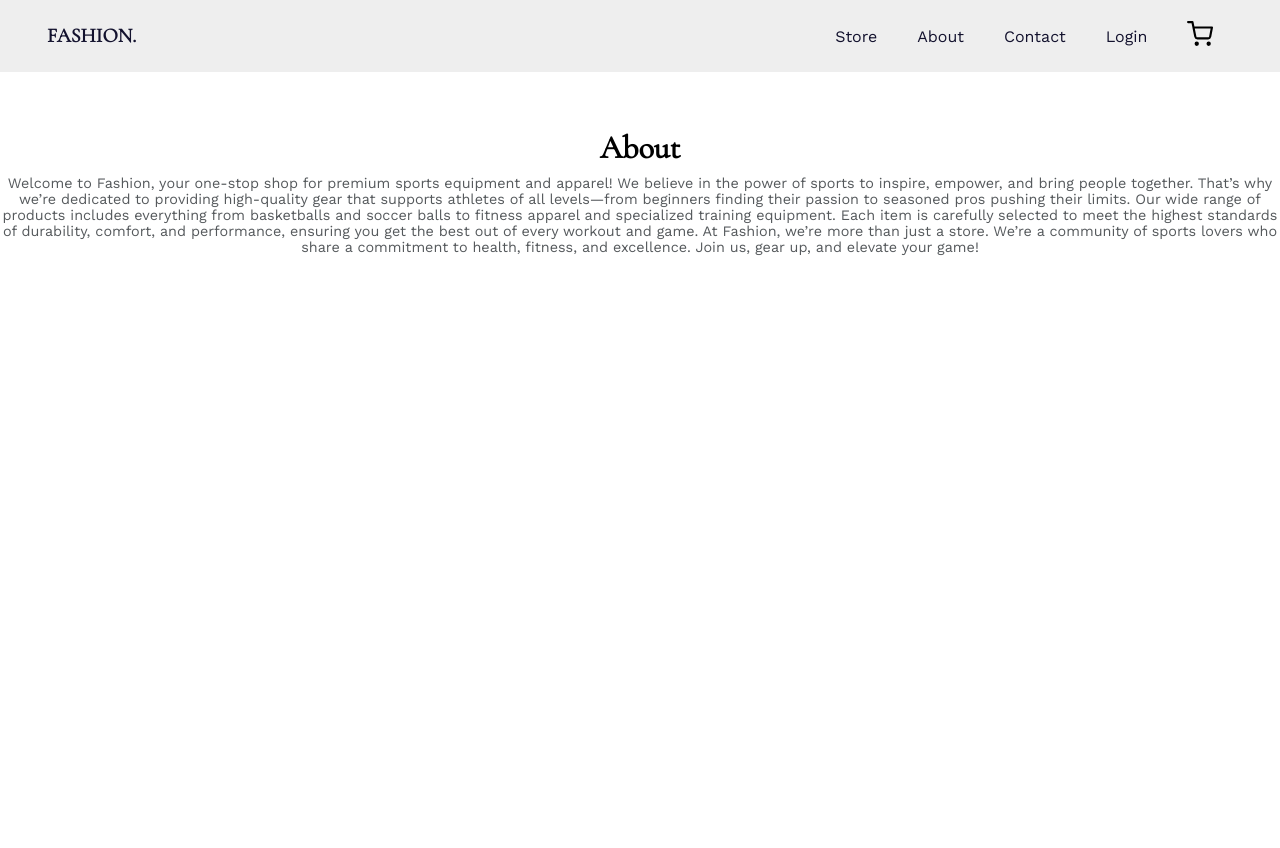
Repository: reminzuetto/SportEcom-FE
Page: /about
These files come from the project's save history. The page is drawn as it stood at one moment and after the next save; the edit follows.
The browser window is 1280 px wide. The pictures show the whole page.
The project was rebuilt for these pictures with package versions that can differ from the ones it lists, and the page was loaded fresh each time. Also part of the build but not shown: src/data.js, src/utils/utils.js, src/components/ProductCard.jsx, src/components/TypeBars.jsx, src/typeData.js, src/pages/Store.jsx, src/pages/Login.jsx, src/pages/CustomerInfo.jsx and 3 more.

Above is the page before, as saved 2024-11-15 20:03:52.

### index.html
<!DOCTYPE html>
<html lang="en">
  <head>
    <meta charset="UTF-8" />
    <link rel="icon" type="image/svg+xml" href="/src/assets/favicon.jpg" />
    <meta name="viewport" content="width=device-width, initial-scale=1.0" />
    <link rel="preconnect" href="https://fonts.googleapis.com" />
    <link rel="preconnect" href="https://fonts.gstatic.com" crossorigin />
    <link
      href="https://fonts.googleapis.com/css2?family=Cormorant+Garamond&family=Work+Sans&display=swap"
      rel="stylesheet"
    />
    <title>Sport Equipment</title>
  </head>
  <body>
    <div id="root"></div>
    <script type="module" src="/src/main.jsx"></script>
  </body>
</html>

### src/main.jsx
import React from "react";
import ReactDOM from "react-dom/client";
import App from "./routes/App";
import "./assets/styles/index.css";
import CartState from "./Context/Cart/CartState";

ReactDOM.createRoot(document.getElementById("root")).render(
  <React.StrictMode>
    <CartState>
      <App />
    </CartState>
  </React.StrictMode>
);

### src/routes/App.jsx
import Navbar from "../components/Navbar";
import Store from "../pages/Store";
import About from "../pages/About";
import Login from "../pages/Login";
import CustomerInfo from "../pages/CustomerInfo";

import { BrowserRouter, Routes, Route } from "react-router-dom";
import Cart from "../pages/Cart";

function App() {
  return (
    <>
      <BrowserRouter>
        <Navbar />
        <Routes>
          <Route path="/" element={<Store />} />
          <Route exact path="/about" element={<About />} />
          <Route exact path="/cart" element={<Cart />} />
          <Route exact path="/login" element={<Login />} />
          <Route exact path="/customer-info" element={<CustomerInfo />} />
        </Routes>
      </BrowserRouter>
    </>
  );
}

export default App;

### src/assets/styles/index.css
* {
  margin: 0;
  padding: 0;
  box-sizing: border-box;
}

body {
  min-height: 100vh;
  max-width: 100%;
  font-family: "Work Sans", sans-serif;
}

a {
  color: inherit;
  text-decoration: none;
}

p {
  color: #55595c;
  font-size: 0.9rem;
}

ul {
  list-style: none;
}

h1,
h2,
h3 {
  font-family: "Cormorant Garamond", serif;
  margin-bottom: 0.5rem;
}

/* Custom Classes */

.btn {
  font-size: 11px;
  line-height: 1.5;
  margin-right: 0.5rem;
  padding: 0.5rem 1rem;
  color: #1a1a1a;
  display: inline-block;
  text-align: center;
  user-select: none;
  background-color: transparent;
  border: 0 solid transparent;
  transition: color 0.15s ease-in-out, background-color 0.15s ease-in-out,
    border-color 0.15s ease-in-out, box-shadow 0.15s ease-in-out;
  text-transform: uppercase;
}

.btn:hover {
  text-decoration: underline;
}

### src/Context/Cart/CartState.jsx
import { useReducer } from "react";
import CartContext from "./CartContext";
import CartReducer from "./CartReducer";
import { sumItems } from "./CartReducer";

//Local Storage
const storage = localStorage.getItem("cartItems")
  ? JSON.parse(localStorage.getItem("cartItems"))
  : [];

const CartState = ({ children }) => {
  //Initial State of the cart
  // const initialState = {
  //   cartItems: [],
  //   checkout: false,
  // };

  //Change the code above to that below to get the initial state from local storage
  const initialState = {
    cartItems: storage,
    ...sumItems(storage),
    checkout: false,
  };

  //Set up the reducer
  const [state, dispatch] = useReducer(CartReducer, initialState);

  //Function to handle when an item is added from the store into the Cart
  const addToCart = (payload) => {
    dispatch({ type: "ADD_TO_CART", payload });
  };

  //Function to handle when an item that is in the cart is added again
  const increase = (payload) => {
    dispatch({ type: "INCREASE", payload });
  };

  //Function to handle when an item is removed from the cart
  const decrease = (payload) => {
    dispatch({ type: "DECREASE", payload });
  };

  //Function to remove an item from the cart
  const removeFromCart = (payload) => {
    dispatch({ type: "REMOVE_ITEM", payload });
  };

  //Function to clear the cart
  const clearCart = () => {
    dispatch({ type: "CLEAR" });
  };

  //Function to handle when the user clicks the checkout button
  const handleCheckout = () => {
    dispatch({ type: "CHECKOUT" });
  };

  return (
    //Add the above functions into the Context provider, and pass to the children
    <CartContext.Provider
      value={{
        showCart: state.showCart,
        cartItems: state.cartItems,
        addToCart,
        removeFromCart,
        increase,
        decrease,
        handleCheckout,
        clearCart,
        // To access the total, we need to pass in the state
        ...state,
      }}
    >
      {children}
    </CartContext.Provider>
  );
};

export default CartState;

### src/components/Navbar.jsx
// General
import { useState, useEffect } from "react";
import { Link, NavLink } from "react-router-dom";
import CartIcon from "../assets/icons/cart.svg";
import styled from "styled-components";
import CartContext from "../Context/Cart/CartContext";
import { useContext } from "react";

const Navbar = () => {
  const [toggle, setToggle] = useState(false);
  const [innerWidth, setInnerWidth] = useState(window.innerWidth);

  // Get Screen Size
  useEffect(() => {
    const changeWidth = () => {
      setInnerWidth(window.innerWidth);
    };

    window.addEventListener("resize", changeWidth);

    return () => {
      window.removeEventListener("resize", changeWidth);
    };
  }, []);

  // Extract itemscount from CartContext
  const { cartItems } = useContext(CartContext);

  return (
    <Nav>
      <NavContainer>
        <Left>
          <Link to={"/"}>FASHION.</Link>
        </Left>

        <Right>
          <NavRightContainer
            style={{
              transform:
                innerWidth <= 500
                  ? toggle && "translateY(100vh)"
                  : "translateY(0%)",
            }}
          >
            <NavList>
              <NavItem>
                <NavLink to="/" onClick={() => setToggle(!toggle)}>
                  Store
                </NavLink>
              </NavItem>
              <NavItem>
                <NavLink to="/about" onClick={() => setToggle(!toggle)}>
                  About
                </NavLink>
              </NavItem>
              <NavItem>
                <a href="https://github.com/" target="_blank">
                  Contact
                </a>
              </NavItem>
              <NavItem>
                <NavLink to="/Login" onClick={() => setToggle(!toggle)}>
                  Login
                </NavLink>
              </NavItem>
              <NavItem>
                <Link to="/cart" onClick={() => setToggle(!toggle)}>
                  <p>Cart</p>
                  <NavCartItem>
                    <img src={CartIcon} alt="Shopping cart" />
                    {/* If the number of cartItems is greater than 0, display the
                    number of items in the cart */}
                    {cartItems.length > 0 && (
                      <CartCircle>{cartItems.length}</CartCircle>
                    )}
                  </NavCartItem>
                </Link>
              </NavItem>
            </NavList>
          </NavRightContainer>

          <MenuBtn onClick={() => setToggle(!toggle)}>
            <span></span>
            <span></span>
            <span></span>
          </MenuBtn>
        </Right>
      </NavContainer>
    </Nav>
  );
};

//Styled Components
const Nav = styled.nav`
  width: 100%;
  position: fixed;
  top: 0;
  left: 0;
  height: 4.5rem;
  font-size: 1em;
  z-index: 50;
  background-color: #eee;

  @media (max-width: 768px) {
    font-size: 0.85rem;
    border: none;
  }
`;

const NavContainer = styled.div`
  width: 100%;
  height: 100%;
  max-width: 1250px;
  margin: 0 auto;
  padding: 0 2rem;
  display: flex;
  justify-content: space-between;
  align-items: center;

  @media (max-width: 768px) {
    padding: 0 1rem;
    border-bottom: 1.5px solid #cfcfd0;
  }

  @media (max-width: 500px) {
    background-color: #eee;
  }
`;

const NavRightContainer = styled.div`
  @media (max-width: 500px) {
    width: 100%;
    position: fixed;
    top: calc(4.5rem - 100vh);
    left: 0;
    background-color: #fff;
    z-index: -1;
    transition: transform 600ms cubic-bezier(1, 0, 0, 1) 0ms;
  }
`;

const Left = styled.div`
  a {
    color: #13122e;
    font-weight: 700;
    font-size: 1.25rem;
    font-family: "Cormorant Garamond", serif;
  }
`;

const Right = styled.div`
  font-family: "Work Sans", sans-serif;
`;

const NavList = styled.ul`
  width: 100%;
  display: flex;
  justify-content: center;
  align-items: center;

  @media (max-width: 500px) {
    flex-direction: column;
    flex-wrap: nowrap;
  }
`;

const NavItem = styled.li`
  margin: 0 1.25em;

  a,
  span {
    color: #13122e;
    display: flex;
    justify-content: center;
    align-items: center;

    @media (max-width: 500px) {
      width: 100%;
      align-items: center;
      justify-content: flex-start;
      padding: 1rem;
      border-bottom: 1px solid #cfcfd0;
      max-height: 45px;

      &:hover {
        background-color: #cfcfd0;
      }
    }

    img {
      width: 1.6rem;
    }
  }
  p {
    display: none;
  }

  @media (max-width: 500px) {
    width: 100%;

    &:nth-of-type(4) a {
      display: flex;
      justify-content: space-between !important;
      align-items: center;
      border: none;
    }

    p {
      display: initial;
    }
  }
`;

const NavCartItem = styled.div`
  position: relative;

  img {
    @media (max-width: 500px) {
      display: none;
    }
  }
`;

const CartCircle = styled.div`
  position: absolute;
  top: -5px;
  right: -10px;
  background-color: #13122e;
  width: 18px;
  height: 18px;
  border-radius: 50%;
  color: #fff;
  display: flex;
  justify-content: center;
  align-items: center;
  font-size: 0.85em;

  @media (max-width: 500px) {
    position: initial;
  }
`;

const MenuBtn = styled.div`
  display: none;

  @media (max-width: 500px) {
    display: flex;
    justify-content: space-between;
    align-items: center;
    flex-flow: column nowrap;
    width: 18px;
    height: 14px;

    span {
      width: 100%;
      height: 2px;
      background-color: #13122e;
    }
  }
`;

export default Navbar;

### src/pages/About.jsx
import styled from "styled-components";
import GithubIcon from "../assets/icons/logo-github.svg";
const About = () => {
  return (
    <div>
      <Heading>
        <h1>About</h1>
        <p>
          Welcome to Fashion, your one-stop shop for premium sports equipment
          and apparel! We believe in the power of sports to inspire, empower,
          and bring people together. That’s why we’re dedicated to providing
          high-quality gear that supports athletes of all levels—from beginners
          finding their passion to seasoned pros pushing their limits. Our wide
          range of products includes everything from basketballs and soccer
          balls to fitness apparel and specialized training equipment. Each item
          is carefully selected to meet the highest standards of durability,
          comfort, and performance, ensuring you get the best out of every
          workout and game. At Fashion, we’re more than just a store. We’re a
          community of sports lovers who share a commitment to health, fitness,
          and excellence. Join us, gear up, and elevate your game!
        </p>
        <br />
        <br />
      </Heading>
    </div>
  );
};

const Heading = styled.div`
  margin-top: 8rem;
  text-align: center;
  display: block;

  a:nth-of-type(1) {
    border-bottom: violet solid 2px;
  }
`;

export default About;

### src/Context/Cart/CartReducer.jsx
import {
  REMOVE_ITEM,
  ADD_TO_CART,
  INCREASE,
  DECREASE,
  CHECKOUT,
  CLEAR,
} from "./CartTypes.js";

// Save the cartItems to local storage
const Storage = (cartItems) => {
  localStorage.setItem(
    "cartItems",
    JSON.stringify(cartItems.length > 0 ? cartItems : [])
  );
};

// Export function to calculate the total price of the cart and the total quantity of the cart
export const sumItems = (cartItems) => {
  Storage(cartItems);
  let itemCount = cartItems.reduce(
    (total, product) => total + product.quantity,
    0
  );
  let total = cartItems
    .reduce((total, product) => total + product.price * product.quantity, 0)
    .toFixed(2);
  return { itemCount, total };
};

// The reducer is listening for an action, which is the type that we defined in the CartTypes.js file
const CartReducer = (state, action) => {
  // The switch statement is checking the type of action that is being passed in
  switch (action.type) {
    // If the action type is ADD_TO_CART, we want to add the item to the cartItems array
    case ADD_TO_CART:
      if (!state.cartItems.find((item) => item.id === action.payload.id)) {
        state.cartItems.push({
          ...action.payload,
          quantity: 1,
        });
      }

      return {
        ...state,
        ...sumItems(state.cartItems),
        cartItems: [...state.cartItems],
      };

    // If the action type is REMOVE_ITEM, we want to remove the item from the cartItems array
    case REMOVE_ITEM:
      return {
        ...state,
        ...sumItems(
          state.cartItems.filter((item) => item.id !== action.payload.id)
        ),
        cartItems: [
          ...state.cartItems.filter((item) => item.id !== action.payload.id),
        ],
      };

    // If the action type is INCREASE, we want to increase the quantity of the particular item in the cartItems array
    case INCREASE:
      const updatedCartItems = state.cartItems.map((item) => {
        if (item.id === action.payload.id) {
          return { ...item, quantity: item.quantity + 1 }; // Tăng số lượng một cách an toàn
        }
        return item;
      });
      return {
        ...state,
        cartItems: updatedCartItems, // Trả về cartItems đã được sao chép và cập nhật
        ...sumItems(updatedCartItems),
      };

    // If the action type is DECREASE, we want to decrease the quantity of the particular item in the cartItems array
    case DECREASE:
      const updatedCartItems2 = state.cartItems.map((item) => {
        if (item.id === action.payload.id) {
          return {
            ...item,
            quantity: item.quantity > 1 ? item.quantity - 1 : 1, // Giảm số lượng, nhưng không thấp hơn 1
          };
        }
        return item;
      });
      return {
        ...state,
        cartItems: updatedCartItems2, // Trả về cartItems đã được sao chép và cập nhật
        ...sumItems(updatedCartItems2),
      };

    // If the action type is CHECKOUT, we want to clear the cartItems array and set the checkout to true
    case CHECKOUT:
      return {
        cartItems: [],
        checkout: true,
        ...sumItems([]),
      };

    //If the action type is CLEAR, we want to clear the cartItems array
    case CLEAR:
      return {
        cartItems: [],
        ...sumItems([]),
      };

    //Return the state if the action type is not found
    default:
      return state;
  }
};

export default CartReducer;

### src/Context/Cart/CartTypes.js
export const ADD_TO_CART = "ADD_TO_CART";
export const REMOVE_ITEM = "REMOVE_ITEM";
export const INCREASE = "INCREASE";
export const DECREASE = "DECREASE";
export const CHECKOUT = "CHECKOUT";
export const CLEAR = "CLEAR";

Loaded but not shown: src/Context/Cart/CartContext.jsx (common file)

After the next save:
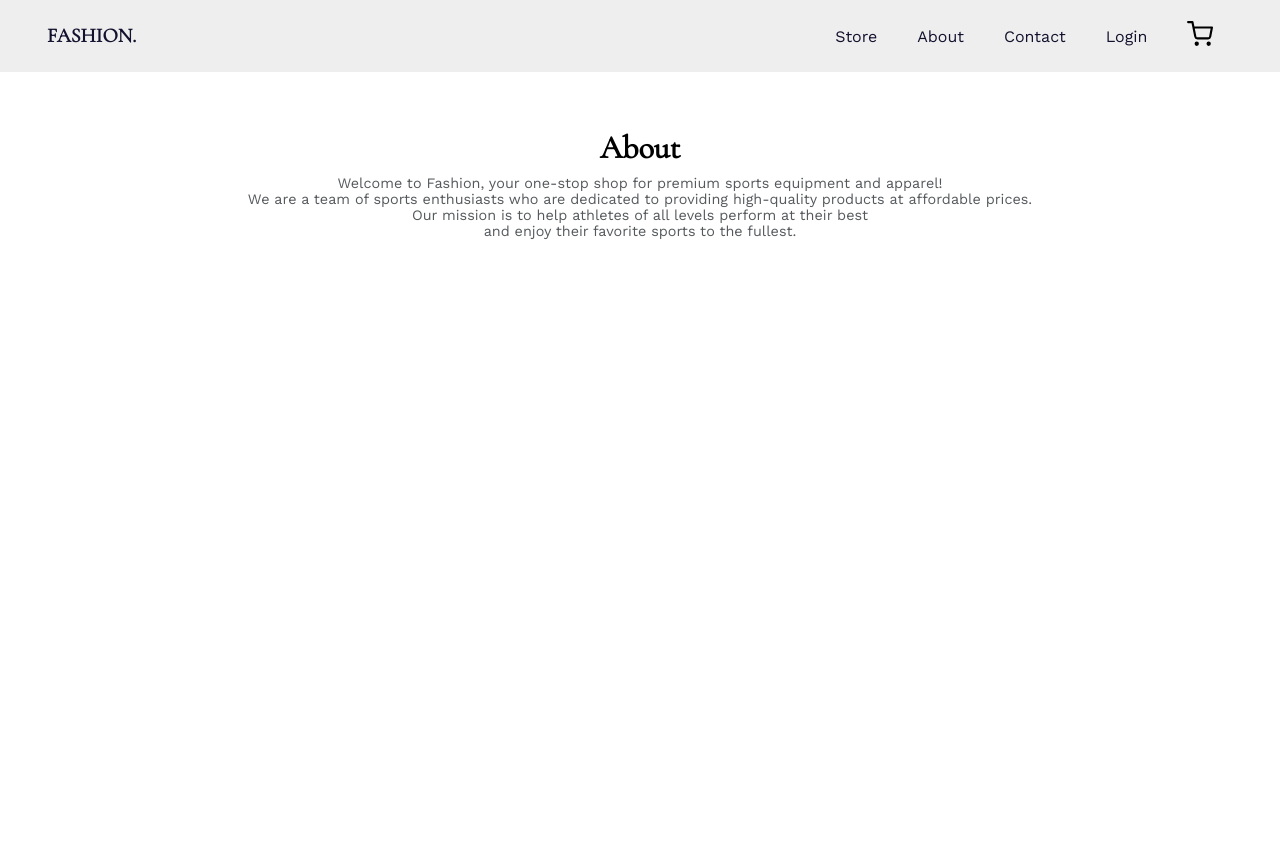
Saved 60 s later.
--- a/src/pages/About.jsx
+++ b/src/pages/About.jsx
@@ -7,18 +7,16 @@
         <h1>About</h1>
         <p>
           Welcome to Fashion, your one-stop shop for premium sports equipment
-          and apparel! We believe in the power of sports to inspire, empower,
-          and bring people together. That’s why we’re dedicated to providing
-          high-quality gear that supports athletes of all levels—from beginners
-          finding their passion to seasoned pros pushing their limits. Our wide
-          range of products includes everything from basketballs and soccer
-          balls to fitness apparel and specialized training equipment. Each item
-          is carefully selected to meet the highest standards of durability,
-          comfort, and performance, ensuring you get the best out of every
-          workout and game. At Fashion, we’re more than just a store. We’re a
-          community of sports lovers who share a commitment to health, fitness,
-          and excellence. Join us, gear up, and elevate your game!
+          and apparel!
         </p>
+        <p>
+          We are a team of sports enthusiasts who are dedicated to providing
+          high-quality products at affordable prices.
+        </p>
+        <p>
+          Our mission is to help athletes of all levels perform at their best
+        </p>
+        <p>and enjoy their favorite sports to the fullest.</p>
         <br />
         <br />
       </Heading>
